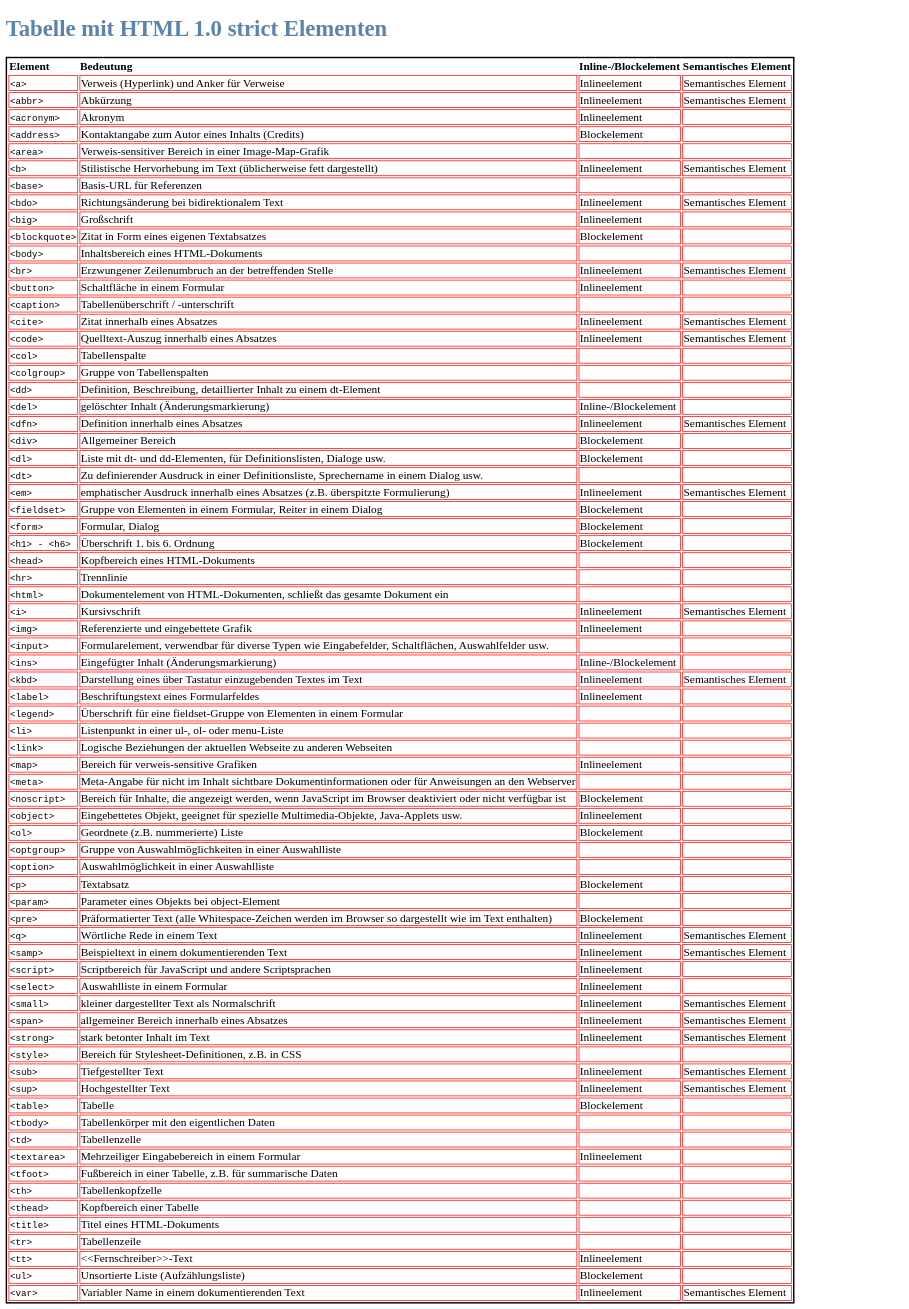
Repository: pLurchi/MyWebengineeringRepo
Page: RemoteSystemsTempFiles/HA-Kapitel06/WebContent/index.html
An editor plug-in stored every save of this project. The page is shown before and after the next save, followed by the edit.
The browser window is 1280 px wide. The pictures show the whole page, at 71% of full size.

Above is the page before, as saved 2013-11-28 19:10:16.

### RemoteSystemsTempFiles/HA-Kapitel06/WebContent/index.html
<?xml version="1.0" encoding="UTF-8" ?>
<!DOCTYPE html PUBLIC "-//W3C//DTD XHTML 1.0 Strict//EN" "http://www.w3.org/TR/xhtml1/DTD/xhtml1-strict.dtd">
<html xmlns="http://www.w3.org/1999/xhtml">
<head>
<meta http-equiv="Content-Type" content="text/html; charset=UTF-8" />
<link type="text/css" rel="stylesheet" href="CSS/stylesheet.css" />

<title>HA-Kapitel06</title>
</head>
<body>

	<h1>Tabelle mit HTML 1.0 strict Elementen</h1>

	<table class="wiki-content-table">
		<colgroup>
    		<col width="1*">
    		<col width="3*">
    		<col width="1*">
		    <col width="1*">
  		</colgroup>
		<tr>
			<th>Element</th>
			<th>Bedeutung</th>
			<th>Inline-/Blockelement</th>
			<th>Semantisches Element</th>
		</tr>

		<tr>
			<td><tt>&lt;a&gt;</tt></td>
			<td>Verweis (Hyperlink) und Anker für Verweise</td>
			<td>Inlineelement</td>
			<td>Semantisches Element</td>
		</tr>
		<tr>
			<td><tt>&lt;abbr&gt;</tt></td>
			<td>Abkürzung</td>
			<td>Inlineelement</td>
			<td>Semantisches Element</td>
		</tr>
		<tr>
			<td><tt>&lt;acronym&gt;</tt></td>
			<td>Akronym</td>
			<td>Inlineelement</td>
			<td></td>
		</tr>
		<tr>
			<td><tt>&lt;address&gt;</tt></td>
			<td>Kontaktangabe zum Autor eines Inhalts (Credits)</td>
			<td>Blockelement</td>
			<td></td>
		</tr>
		<tr>
			<td><tt>&lt;area&gt;</tt></td>
			<td>Verweis-sensitiver Bereich in einer Image-Map-Grafik</td>
			<td></td>
			<td></td>
		</tr>
		<tr>
			<td><tt>&lt;b&gt;</tt></td>
			<td>Stilistische Hervorhebung im Text (üblicherweise fett dargestellt)</td>
			<td>Inlineelement</td>
			<td>Semantisches Element</td>
		</tr>
		<tr>
			<td><tt>&lt;base&gt;</tt></td>
			<td>Basis-URL für Referenzen</td>
			<td></td>
			<td></td>
		</tr>
		<tr>
			<td><tt>&lt;bdo&gt;</tt></td>
			<td>Richtungsänderung bei bidirektionalem Text</td>
			<td>Inlineelement</td>
			<td>Semantisches Element</td>
		</tr>
		<tr>
			<td><tt>&lt;big&gt;</tt></td>
			<td>Großschrift</td>
			<td>Inlineelement</td>
			<td></td>
		</tr>
		<tr>
			<td><tt>&lt;blockquote&gt;</tt></td>
			<td>Zitat in Form eines eigenen Textabsatzes</td>
			<td>Blockelement</td>
			<td></td>
		</tr>
		<tr>
			<td><tt>&lt;body&gt;</tt></td>
			<td>Inhaltsbereich eines HTML-Dokuments</td>
			<td></td>
			<td></td>
		</tr>
		<tr>
			<td><tt>&lt;br&gt;</tt></td>
			<td>Erzwungener Zeilenumbruch an der betreffenden Stelle</td>
			<td>Inlineelement</td>
			<td>Semantisches Element</td>
		</tr>
		<tr>
			<td><tt>&lt;button&gt;</tt></td>
			<td>Schaltfläche in einem Formular</td>
			<td>Inlineelement</td>
			<td></td>
		</tr>
		<tr>
			<td><tt>&lt;caption&gt;</tt></td>
			<td>Tabellenüberschrift / -unterschrift</td>
			<td></td>
			<td></td>
		</tr>
		<tr>
			<td><tt>&lt;cite&gt;</tt></td>
			<td>Zitat innerhalb eines Absatzes</td>
			<td>Inlineelement</td>
			<td>Semantisches Element</td>
		</tr>
		<tr>
			<td><tt>&lt;code&gt;</tt></td>
			<td>Quelltext-Auszug innerhalb eines Absatzes</td>
			<td>Inlineelement</td>
			<td>Semantisches Element</td>
		</tr>
		<tr>
			<td><tt>&lt;col&gt;</tt></td>
			<td>Tabellenspalte</td>
			<td></td>
			<td></td>
		</tr>
		<tr>
			<td><tt>&lt;colgroup&gt;</tt></td>
			<td>Gruppe von Tabellenspalten</td>
			<td></td>
			<td></td>
		</tr>
		<tr>
			<td><tt>&lt;dd&gt;</tt></td>
			<td>Definition, Beschreibung, detaillierter Inhalt zu einem dt-Element</td>
			<td></td>
			<td></td>
		</tr>
		<tr>
			<td><tt>&lt;del&gt;</tt></td>
			<td>gelöschter Inhalt (Änderungsmarkierung)</td>
			<td>Inline-/Blockelement</td>
			<td></td>
		</tr>
		<tr>
			<td><tt>&lt;dfn&gt;</tt></td>
			<td>Definition innerhalb eines Absatzes</td>
			<td>Inlineelement</td>
			<td>Semantisches Element</td>
		</tr>
		<tr>
			<td><tt>&lt;div&gt;</tt></td>
			<td>Allgemeiner Bereich</td>
			<td>Blockelement</td>
			<td></td>
		</tr>
		<tr>
			<td><tt>&lt;dl&gt;</tt></td>
			<td>Liste mit dt- und dd-Elementen, für Definitionslisten, Dialoge usw.</td>
			<td>Blockelement</td>
			<td></td>
		</tr>
		<tr>
			<td><tt>&lt;dt&gt;</tt></td>
			<td>Zu definierender Ausdruck in einer Definitionsliste, Sprechername in einem Dialog usw.</td>
			<td></td>
			<td></td>
		</tr>
		<tr>
			<td><tt>&lt;em&gt;</tt></td>
			<td>emphatischer Ausdruck innerhalb eines Absatzes (z.B. überspitzte Formulierung)</td>
			<td>Inlineelement</td>
			<td>Semantisches Element</td>
		</tr>
		<tr>
			<td><tt>&lt;fieldset&gt;</tt></td>
			<td>Gruppe von Elementen in einem Formular, Reiter in einem Dialog</td>
			<td>Blockelement</td>
			<td></td>
		</tr>
		<tr>
			<td><tt>&lt;form&gt;</tt></td>
			<td>Formular, Dialog</td>
			<td>Blockelement</td>
			<td></td>
		</tr>
		<tr>
			<td><tt>&lt;h1&gt; - &lt;h6&gt;</tt></td>
			<td>Überschrift 1. bis 6. Ordnung</td>
			<td>Blockelement</td>
			<td></td>
		</tr>
		<tr>
			<td><tt>&lt;head&gt;</tt></td>
			<td>Kopfbereich eines HTML-Dokuments</td>
			<td></td>
			<td></td>
		</tr>
		<tr>
			<td><tt>&lt;hr&gt;</tt></td>
			<td>Trennlinie</td>
			<td></td>
			<td></td>
		</tr>
		<tr>
			<td><tt>&lt;html&gt;</tt></td>
			<td>Dokumentelement von HTML-Dokumenten, schließt das gesamte Dokument ein</td>
			<td></td>
			<td></td>
		</tr>
		<tr>
			<td><tt>&lt;i&gt;</tt></td>
			<td>Kursivschrift</td>
			<td>Inlineelement</td>
			<td>Semantisches Element</td>
		</tr>
		<tr>
			<td><tt>&lt;img&gt;</tt></td>
			<td>Referenzierte und eingebettete Grafik</td>
			<td>Inlineelement</td>
			<td></td>
		</tr>
		<tr>
			<td><tt>&lt;input&gt;</tt></td>
			<td>Formularelement, verwendbar für diverse Typen wie Eingabefelder, Schaltflächen, Auswahlfelder usw.</td>
			<td></td>
			<td></td>
		</tr>
		<tr>
			<td><tt>&lt;ins&gt;</tt></td>
			<td>Eingefügter Inhalt (Änderungsmarkierung)</td>
			<td>Inline-/Blockelement</td>
			<td></td>
		</tr>
		<tr>
			<td><tt>&lt;kbd&gt;</tt></td>
			<td>Darstellung eines über Tastatur einzugebenden Textes im Text</td>
			<td>Inlineelement</td>
			<td>Semantisches Element</td>
		</tr>
		<tr>
			<td><tt>&lt;label&gt;</tt></td>
			<td>Beschriftungstext eines Formularfeldes</td>
			<td>Inlineelement</td>
			<td></td>
		</tr>
		<tr>
			<td><tt>&lt;legend&gt;</tt></td>
			<td>Überschrift für eine fieldset-Gruppe von Elementen in einem Formular</td>
			<td></td>
			<td></td>
		</tr>
		<tr>
			<td><tt>&lt;li&gt;</tt></td>
			<td>Listenpunkt in einer ul-, ol- oder menu-Liste</td>
			<td></td>
			<td></td>
		</tr>
		<tr>
			<td><tt>&lt;link&gt;</tt></td>
			<td>Logische Beziehungen der aktuellen Webseite zu anderen Webseiten</td>
			<td></td>
			<td></td>
		</tr>
		<tr>
			<td><tt>&lt;map&gt;</tt></td>
			<td>Bereich für verweis-sensitive Grafiken</td>
			<td>Inlineelement</td>
			<td></td>
		</tr>
		<tr>
			<td><tt>&lt;meta&gt;</tt></td>
			<td>Meta-Angabe für nicht im Inhalt sichtbare Dokumentinformationen oder für Anweisungen an den Webserver</td>
			<td></td>
			<td></td>
		</tr>
		<tr>
			<td><tt>&lt;noscript&gt;</tt></td>
			<td>Bereich für Inhalte, die angezeigt werden, wenn JavaScript im Browser deaktiviert oder nicht verfügbar ist</td>
			<td>Blockelement</td>
			<td></td>
		</tr>
		<tr>
			<td><tt>&lt;object&gt;</tt></td>
			<td>Eingebettetes Objekt, geeignet für spezielle Multimedia-Objekte, Java-Applets usw.</td>
			<td>Inlineelement</td>
			<td></td>
		</tr>
		<tr>
			<td><tt>&lt;ol&gt;</tt></td>
			<td>Geordnete (z.B. nummerierte) Liste</td>
			<td>Blockelement</td>
			<td></td>
		</tr>
		<tr>
			<td><tt>&lt;optgroup&gt;</tt></td>
			<td>Gruppe von Auswahlmöglichkeiten in einer Auswahlliste</td>
			<td></td>
			<td></td>
		</tr>
		<tr>
			<td><tt>&lt;option&gt;</tt></td>
			<td>Auswahlmöglichkeit in einer Auswahlliste</td>
			<td></td>
			<td></td>
		</tr>
		<tr>
			<td><tt>&lt;p&gt;</tt></td>
			<td>Textabsatz</td>
			<td>Blockelement</td>
			<td></td>
		</tr>
		<tr>
			<td><tt>&lt;param&gt;</tt></td>
			<td>Parameter eines Objekts bei object-Element</td>
			<td></td>
			<td></td>
		</tr>
		<tr>
			<td><tt>&lt;pre&gt;</tt></td>
			<td>Präformatierter Text (alle Whitespace-Zeichen werden im Browser so dargestellt wie im Text enthalten)</td>
			<td>Blockelement</td>
			<td></td>
		</tr>
		<tr>
			<td><tt>&lt;q&gt;</tt></td>
			<td>Wörtliche Rede in einem Text</td>
			<td>Inlineelement</td>
			<td>Semantisches Element</td>
		</tr>
		<tr>
			<td><tt>&lt;samp&gt;</tt></td>
			<td>Beispieltext in einem dokumentierenden Text</td>
			<td>Inlineelement</td>
			<td>Semantisches Element</td>
		</tr>
		<tr>
			<td><tt>&lt;script&gt;</tt></td>
			<td>Scriptbereich für JavaScript und andere Scriptsprachen</td>
			<td>Inlineelement</td>
			<td></td>
		</tr>
		<tr>
			<td><tt>&lt;select&gt;</tt></td>
			<td>Auswahlliste in einem Formular</td>
			<td>Inlineelement</td>
			<td></td>
		</tr>
		<tr>
			<td><tt>&lt;small&gt;</tt></td>
			<td>kleiner dargestellter Text als Normalschrift</td>
			<td>Inlineelement</td>
			<td>Semantisches Element</td>
		</tr>
		<tr>
			<td><tt>&lt;span&gt;</tt></td>
			<td>allgemeiner Bereich innerhalb eines Absatzes</td>
			<td>Inlineelement</td>
			<td>Semantisches Element</td>
		</tr>
		<tr>
			<td><tt>&lt;strong&gt;</tt></td>
			<td>stark betonter Inhalt im Text</td>
			<td>Inlineelement</td>
			<td>Semantisches Element</td>
		</tr>
		<tr>
			<td><tt>&lt;style&gt;</tt></td>
			<td>Bereich für Stylesheet-Definitionen, z.B. in CSS</td>
			<td></td>
			<td></td>
		</tr>
		<tr>
			<td><tt>&lt;sub&gt;</tt></td>
			<td>Tiefgestellter Text</td>
			<td>Inlineelement</td>
			<td>Semantisches Element</td>
		</tr>
		<tr>
			<td><tt>&lt;sup&gt;</tt></td>
			<td>Hochgestellter Text</td>
			<td>Inlineelement</td>
			<td>Semantisches Element</td>
		</tr>
		<tr>
			<td><tt>&lt;table&gt;</tt></td>
			<td>Tabelle</td>
			<td>Blockelement</td>
			<td></td>
		</tr>
		<tr>
			<td><tt>&lt;tbody&gt;</tt></td>
			<td>Tabellenkörper mit den eigentlichen Daten</td>
			<td></td>
			<td></td>
		</tr>
		<tr>
			<td><tt>&lt;td&gt;</tt></td>
			<td>Tabellenzelle</td>
			<td></td>
			<td></td>
		</tr>
		<tr>
			<td><tt>&lt;textarea&gt;</tt></td>
			<td>Mehrzeiliger Eingabebereich in einem Formular</td>
			<td>Inlineelement</td>
			<td></td>
		</tr>
		<tr>
			<td><tt>&lt;tfoot&gt;</tt></td>
			<td>Fußbereich in einer Tabelle, z.B. für summarische Daten</td>
			<td></td>
			<td></td>
		</tr>
		<tr>
			<td><tt>&lt;th&gt;</tt></td>
			<td>Tabellenkopfzelle</td>
			<td></td>
			<td></td>
		</tr>
		<tr>
			<td><tt>&lt;thead&gt;</tt></td>
			<td>Kopfbereich einer Tabelle</td>
			<td></td>
			<td></td>
		</tr>
		<tr>
			<td><tt>&lt;title&gt;</tt></td>
			<td>Titel eines HTML-Dokuments</td>
			<td></td>
			<td></td>
		</tr>
		<tr>
			<td><tt>&lt;tr&gt;</tt></td>
			<td>Tabellenzeile</td>
			<td></td>
			<td></td>
		</tr>
		<tr>
			<td><tt>&lt;tt&gt;</tt></td>
			<td>&lt;&lt;Fernschreiber&gt;&gt;-Text</td>
			<td>Inlineelement</td>
			<td></td>
		</tr>
		<tr>
			<td><tt>&lt;ul&gt;</tt></td>
			<td>Unsortierte Liste (Aufzählungsliste)</td>
			<td>Blockelement</td>
			<td></td>
		</tr>
		<tr>
			<td><tt>&lt;var&gt;</tt></td>
			<td>Variabler Name in einem dokumentierenden Text</td>
			<td>Inlineelement</td>
			<td>Semantisches Element</td>
		</tr>
	</table>


</body>
</html>

### RemoteSystemsTempFiles/HA-Kapitel06/WebContent/CSS/stylesheet.css
@CHARSET "UTF-8";

/*Main Stylesheet of Web Eng G1 */



h1 {
	color: #5B83AD;
}

table {
	border: 2px solid black;
}


td {
	border: 1px solid red;
	text-align: left;
	vertical-align:top;
}

th {
	text-align: left;
	vertical-align:top;
}

After the next save:
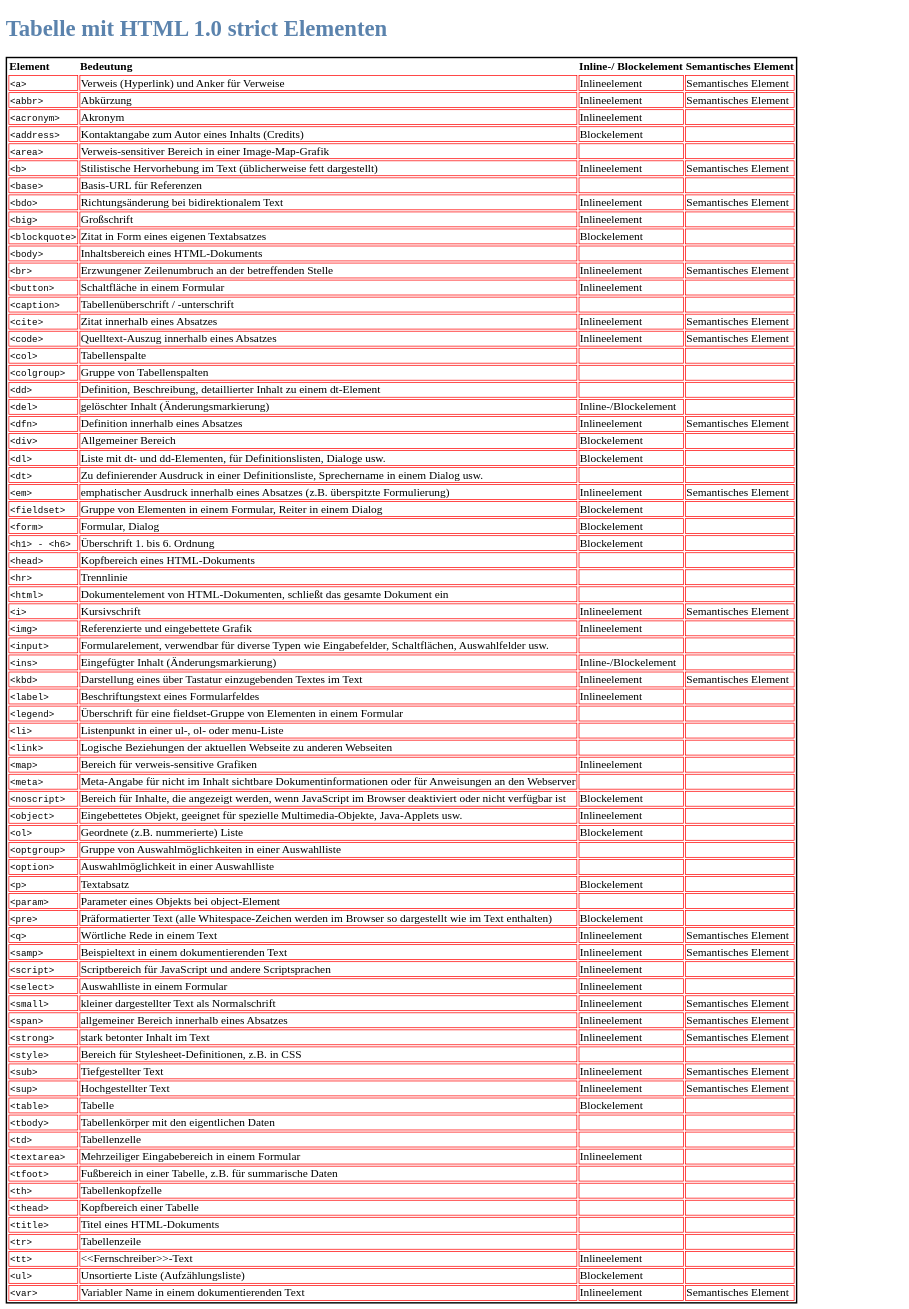
Saved 20 s later.
--- a/RemoteSystemsTempFiles/HA-Kapitel06/WebContent/index.html
+++ b/RemoteSystemsTempFiles/HA-Kapitel06/WebContent/index.html
@@ -21,7 +21,7 @@
 		<tr>
 			<th>Element</th>
 			<th>Bedeutung</th>
-			<th>Inline-/Blockelement</th>
+			<th>Inline-/ Blockelement</th>
 			<th>Semantisches Element</th>
 		</tr>
 
